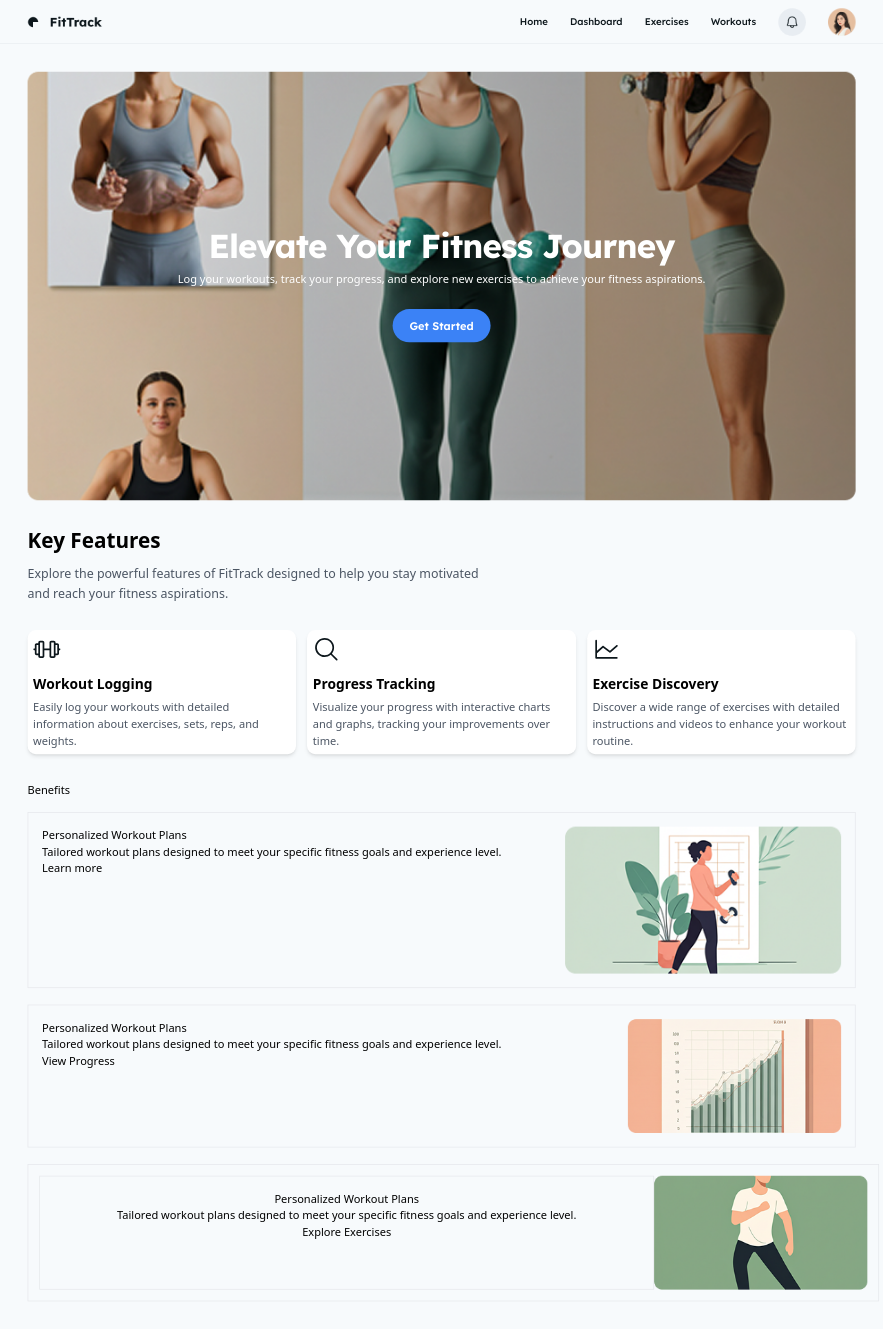
Repository: Emy-gold/fitness-tracking-platform
Page: /
These files come from the project's save history. The page is drawn as it stood at one moment and after the next save; the edit follows.
The browser window is 1280 px wide. The pictures show the whole page, at 69% of full size.
The project was rebuilt for these pictures with package versions that can differ from the ones it lists, and the page was loaded fresh each time. Also part of the build but not shown: vite.config.js, src/Pages/Dashboard.jsx, src/Pages/Exercises.jsx, src/Pages/Workouts.jsx, src/components/Footer.jsx.

Above is the page before, as saved 2025-08-27 16:09:13.

After the next save:
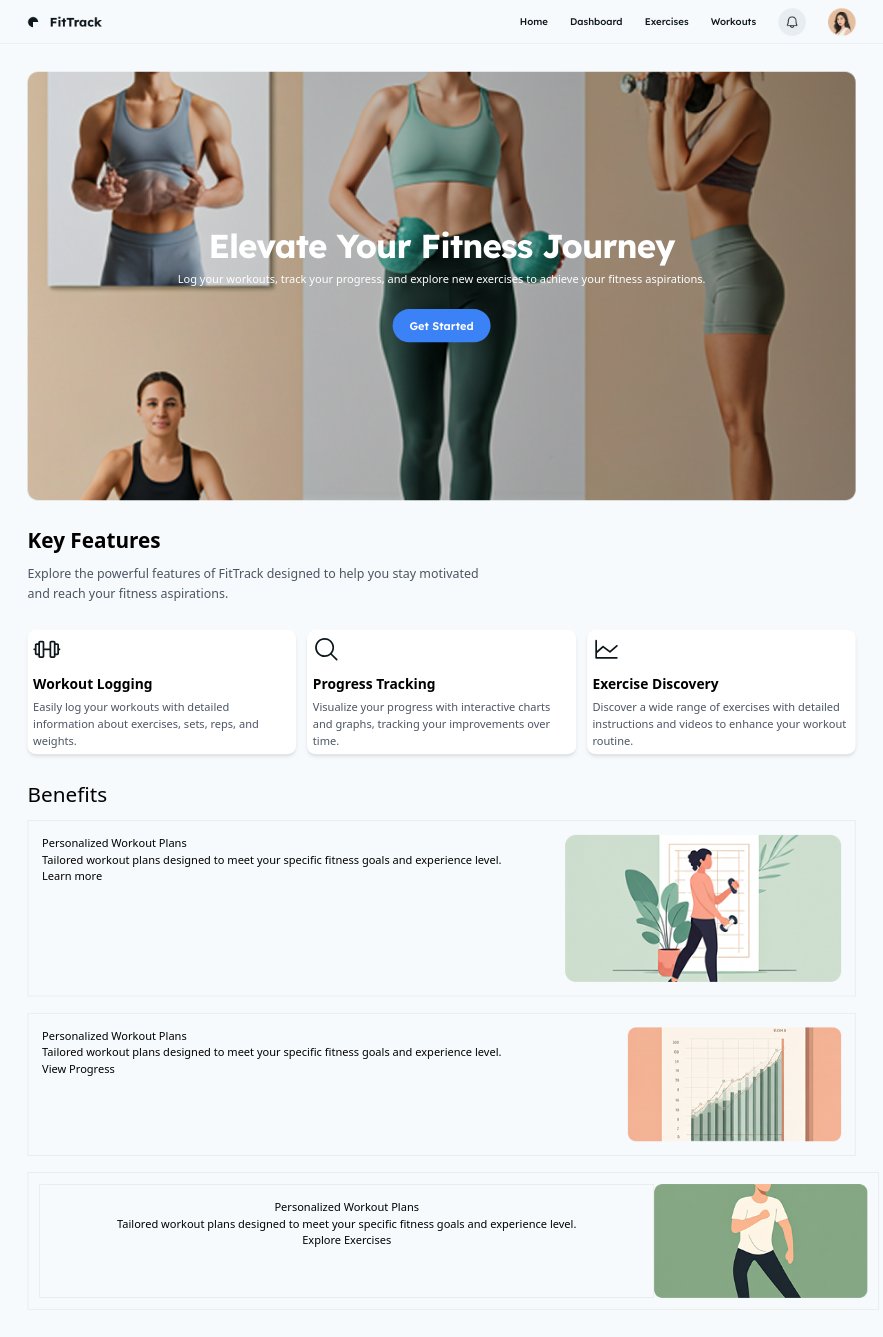
Saved 7 s later.
--- a/src/Pages/Home.jsx
+++ b/src/Pages/Home.jsx
@@ -44,7 +44,7 @@ function Home() {
                     </div>
                 </section>
                 <section className='flex flex-col items-start mb-10 gap-5 justify-center mx-72 max-w-full'>
-                    <h2 className='twxt-3xl '>Benefits</h2>
+                    <h2 className='text-3xl '>Benefits</h2>
                     <div className='flex flex-wrap gap-6 lg:w-[1200px]'>
                         <div className='flex justify-between p-5 border lg:w-[1200px]'>
                             <div className='flex flex-col items-start text-left'>
